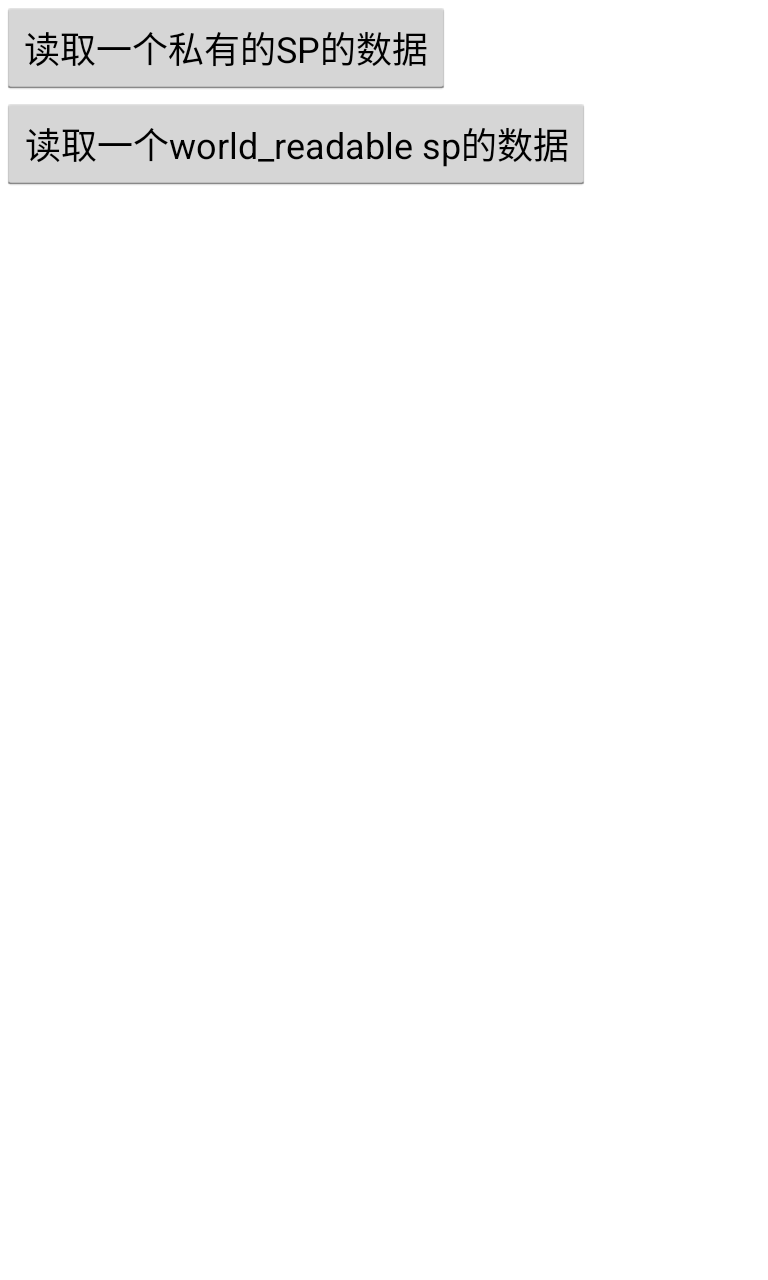
Repository: qq839924354/day01
Layout: day02/code/other/res/layout/activity_main.xml
The author's editor kept a copy of each file at every save. The layout is drawn from the files as they stood at one save, then again after the next save.
It is drawn on a 768 x 1280 px phone screen (xhdpi) without system bars, with theme AppTheme; the app's code is not run.

Above is the layout before, as saved 2013-03-01 08:33:12.

### day02/code/other/res/layout/activity_main.xml
<LinearLayout xmlns:android="http://schemas.android.com/apk/res/android"
    xmlns:tools="http://schemas.android.com/tools"
    android:layout_width="match_parent"
    android:orientation="vertical"
    android:layout_height="match_parent"
    tools:context=".MainActivity" >

    <Button
        android:onClick="readPravite"
        android:layout_width="wrap_content"
        android:layout_height="wrap_content"
        android:text="读取一个私有的SP的数据" />

    <Button
        android:onClick="readWorldReabable"
        android:layout_width="wrap_content"
        android:layout_height="wrap_content"
        android:text="读取一个world_readable sp的数据" />



</LinearLayout>

Loaded but not shown: day02/code/other/res/values/styles.xml (common file); day02/code/other/res/values-v11/styles.xml (common file); day02/code/other/res/values-v14/styles.xml (common file)

After the next save:
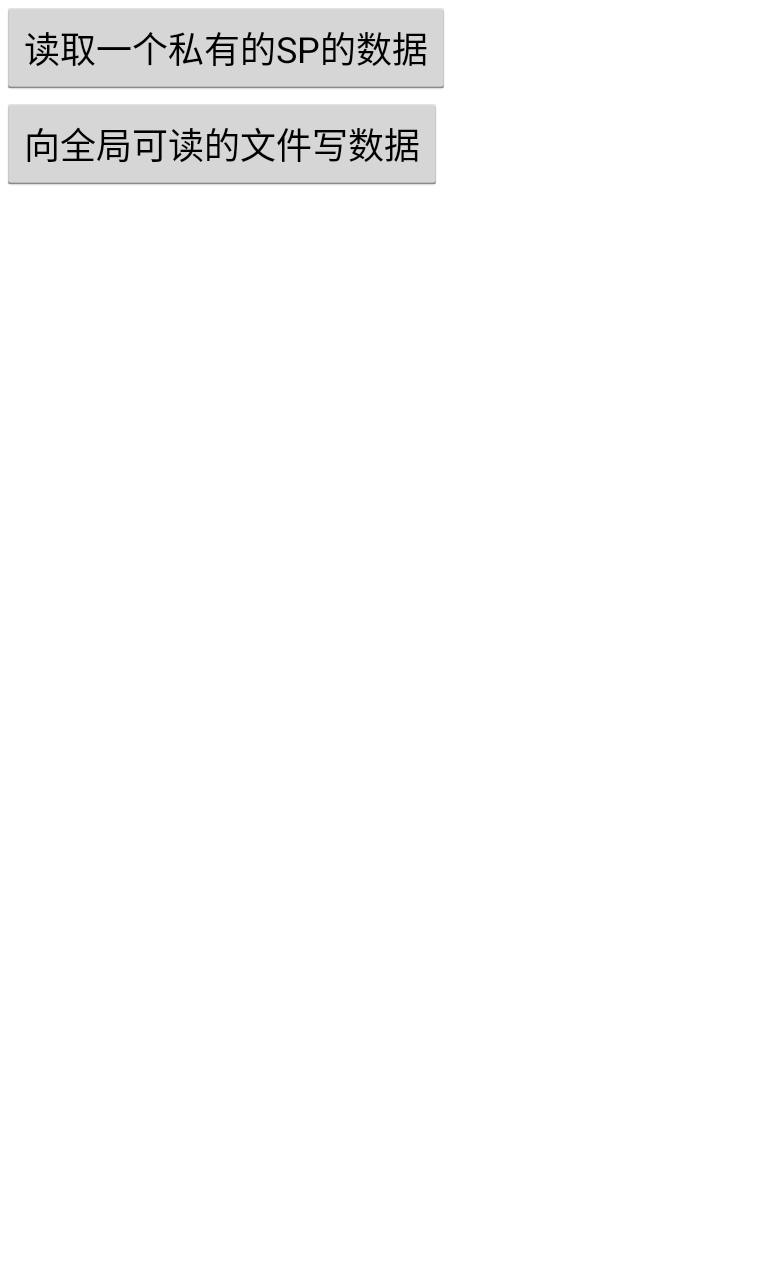
Saved 68 s later.
--- a/day02/code/other/res/layout/activity_main.xml
+++ b/day02/code/other/res/layout/activity_main.xml
@@ -15,7 +15,7 @@
         android:onClick="readWorldReabable"
         android:layout_width="wrap_content"
         android:layout_height="wrap_content"
-        android:text="读取一个world_readable sp的数据" />
+        android:text="向全局可读的文件写数据" />
 
 
 
